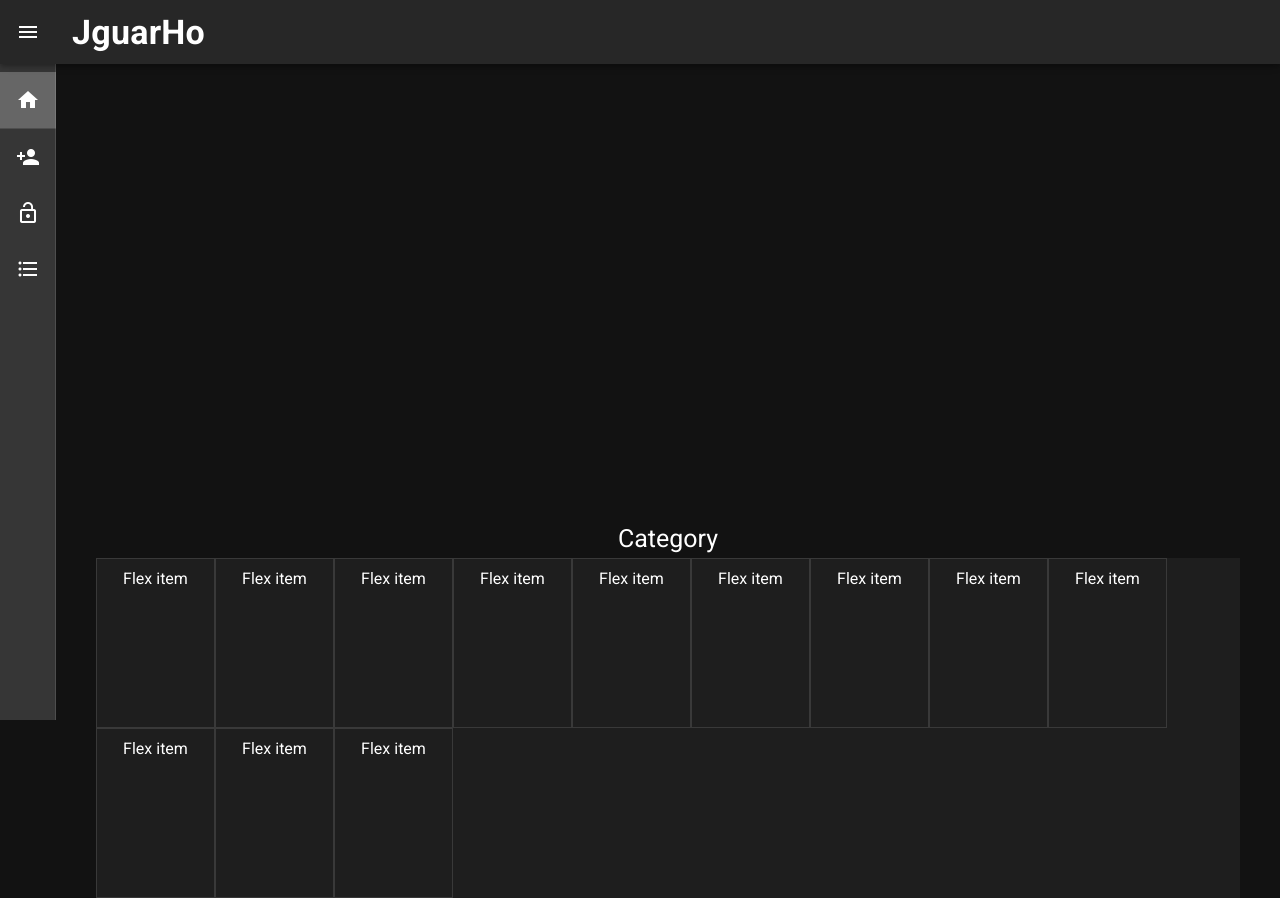
Repository: agent501/MRMS
Page: /
The author's editor kept a copy of each file at every save. The page is drawn from the files as they stood at one save, then again after the next save.
The browser window is 1280 px wide. The pictures show the whole page.
The page's requests for data from a server got no answer. The project was rebuilt for these pictures with package versions that can differ from the ones it lists, and the page was loaded fresh each time. No one was signed in, and anything a server would have sent is missing. Also part of the build but not shown: vue.config.js, src/components/Product/products.vue, src/components/Product/product.vue, src/components/Product/createproduct.vue, src/components/User/signin.vue, src/components/User/signup.vue, src/components/User/profile.vue, src/components/Shared/Alert.vue and 2 more. Imported but missing from the stored project, and not drawn on this page: src/router/auth-guard.js.

Above is the page before, as saved 2020-08-05 11:30:39.

After the next save:
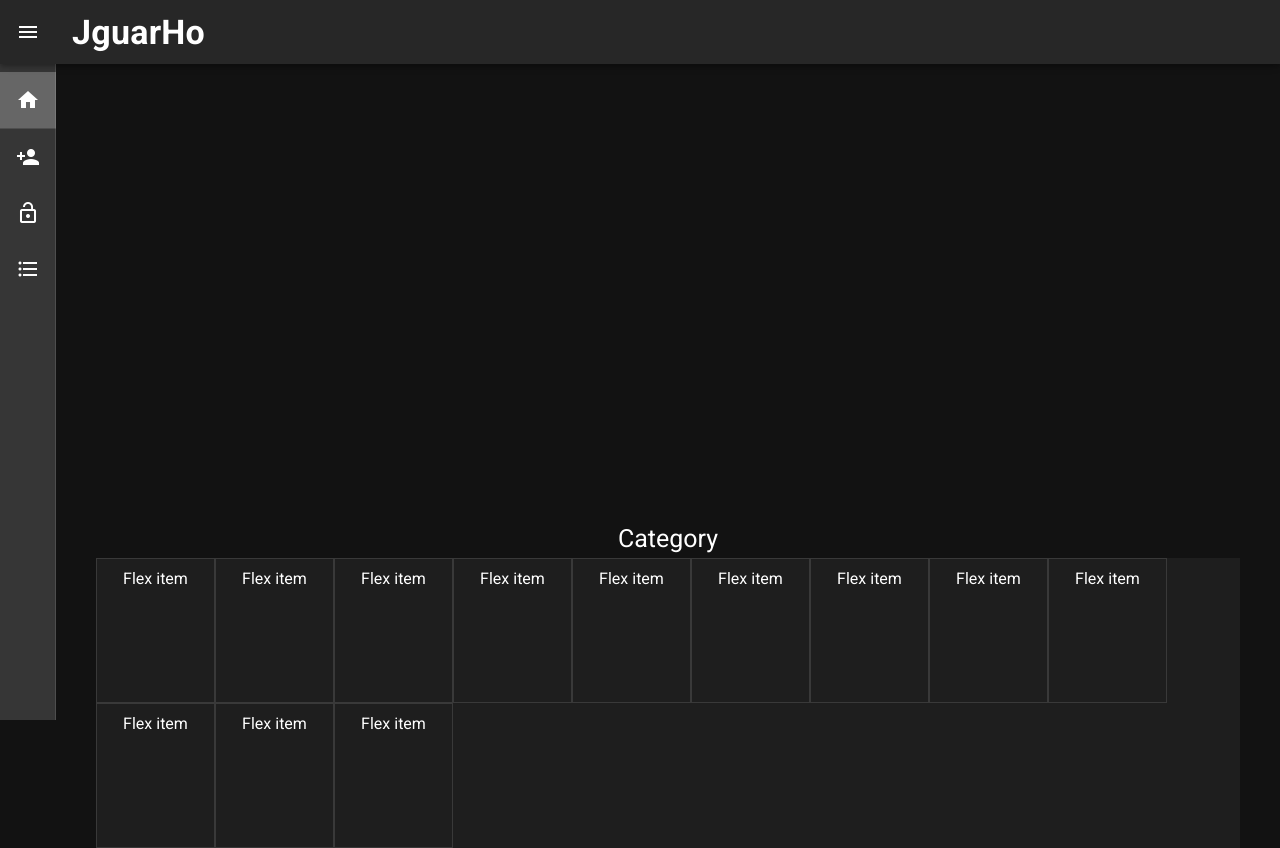
Saved 6 s later.
--- a/src/components/Home.vue
+++ b/src/components/Home.vue
@@ -42,7 +42,7 @@
           :key="n"
           class="pa-2"
           width="119"
-          height="170"
+          height="145"
           outlined
           tile
         >Flex item</v-card>
